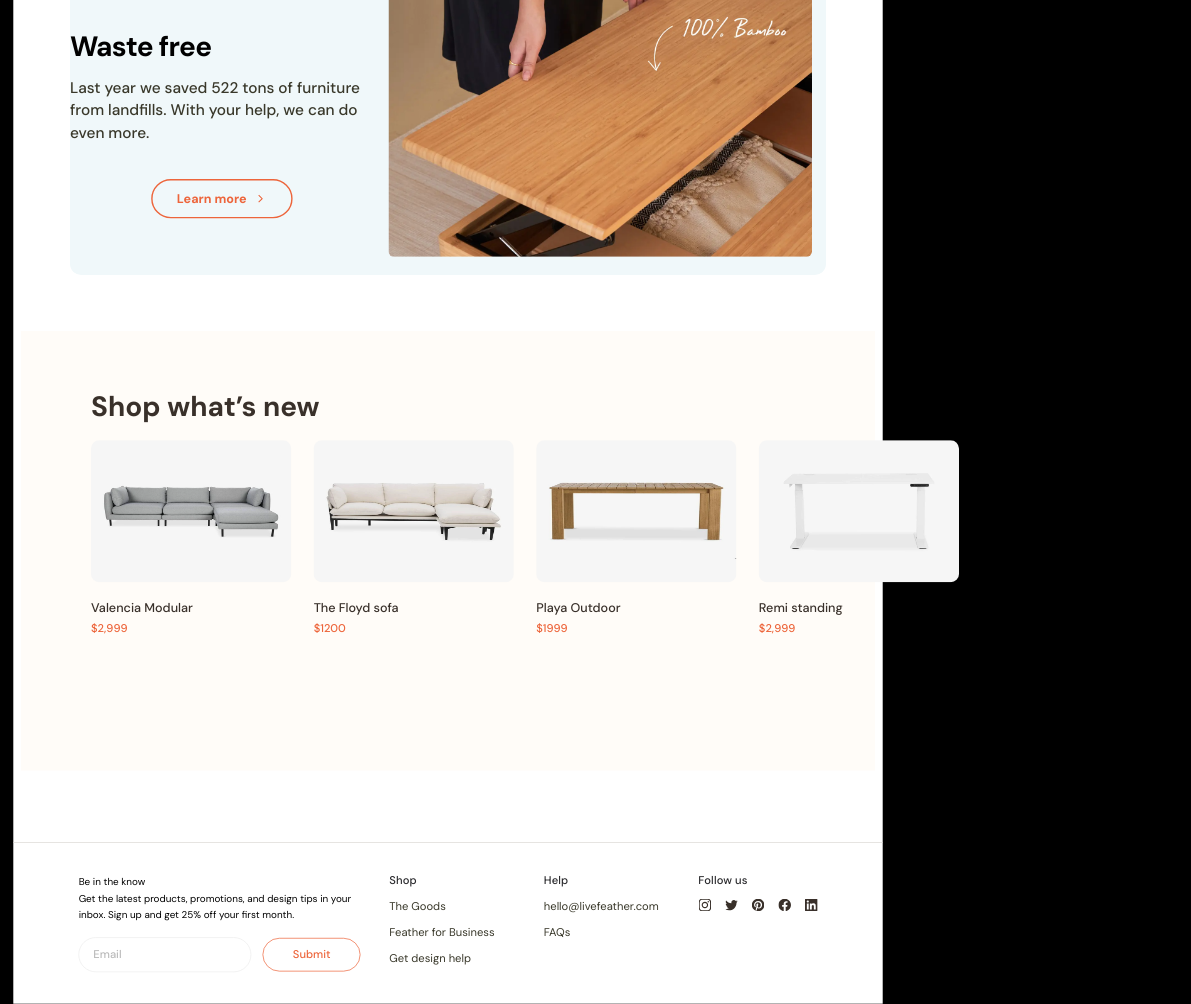
Repository: noman-source/Furniture-website
Page: index.html
An editor plug-in stored every save of this project. The page is shown before and after the next save, followed by the edit.
The browser window is 1280 px wide. The page is 1702 px wide, so the pictures cover 1702 px, including what lies to the right of the window. The pictures show the part of the page from y = 2877 to 4317 px (the page is 4311 px tall before and 4317 px after), at 70% of full size.

Above is the page before, as saved 2025-07-04 13:17:29.

After the next save:
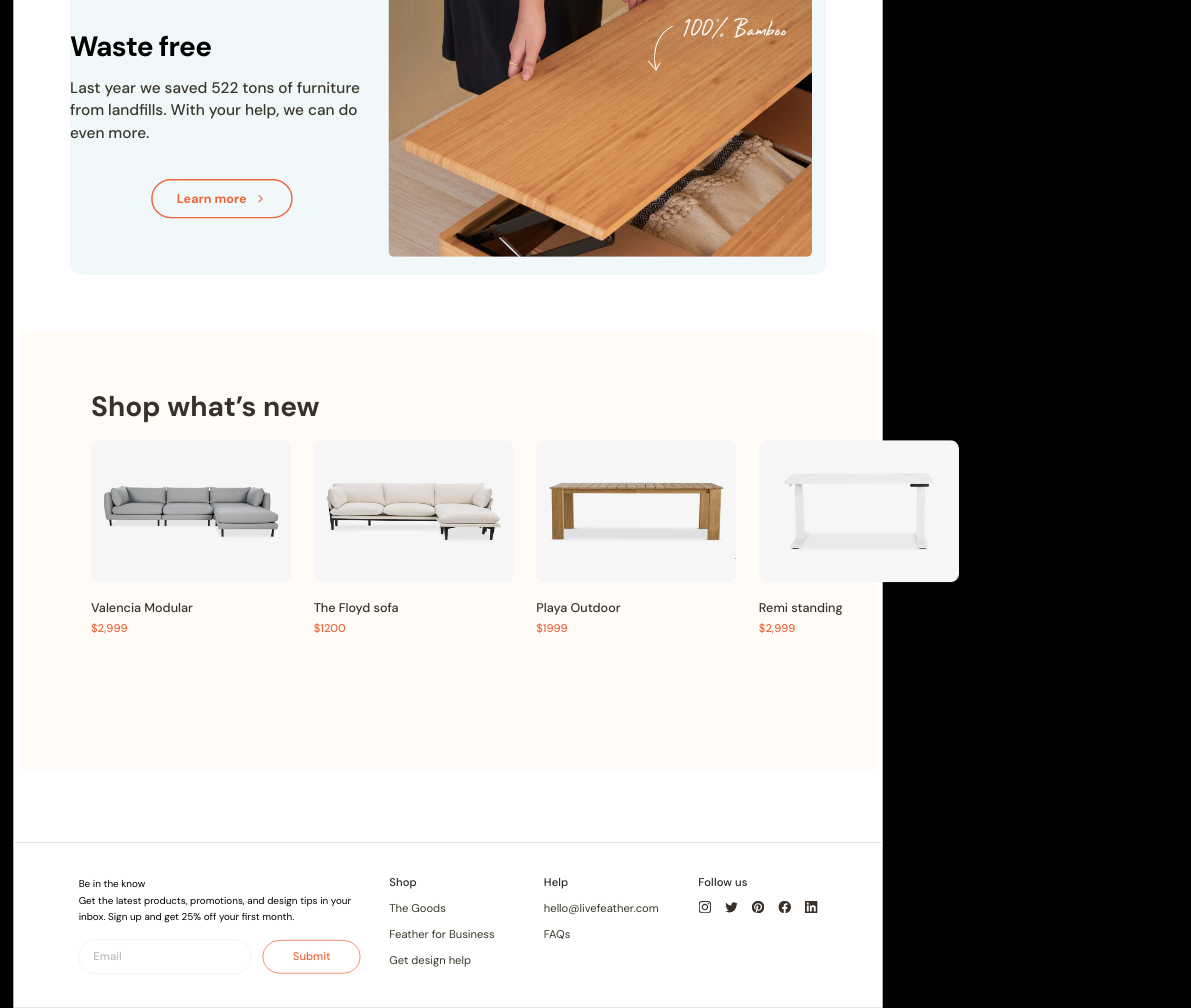
Saved 7 s later.
--- a/style.css
+++ b/style.css
@@ -479,7 +479,7 @@
     border-top: 1px solid #DCD8D5;
     width: 97%;
     background-color: white;
-    height: 230px;
+    height: 236px;
     margin: auto;
     display: flex;
     justify-content: center;
